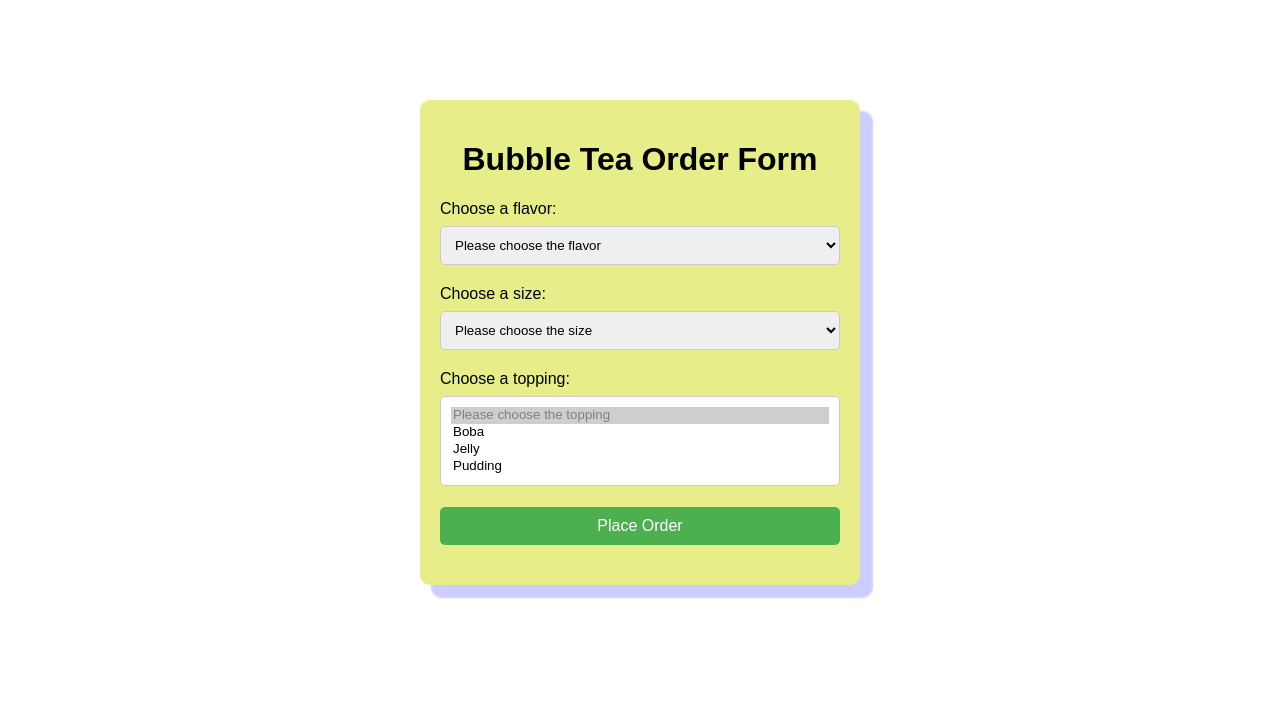
Repository: liulian26/CS5610
Page: lab3/index.html
These files come from the project's save history. The page is drawn as it stood at one moment and after the next save; the edit follows.
The browser window is 1280 px wide. The pictures show the whole page.

Above is the page before, as saved 2025-02-06 22:45:40.

### lab3/index.html
<!DOCTYPE html>
<html lang="en">
  <head>
    <meta charset="utf-8" />
    <title>Bubble Tea ordering system</title>
    <link rel="stylesheet" href="css/styles.css" />
    <script defer src="js/scripts.js"></script>
  </head>

  <body>
    <main>
      <form id="bubbleTeaForm">
        <h1>Bubble Tea Order Form</h1>

        <!--- choose a flavor -->
        <label for="flavorSelect">Choose a flavor:</label>
        <select id="flavorSelect">
          <option value="" disabled selected>Please choose the flavor</option>
          <option value="original">Original</option>
          <option value="mango">Mango</option>
          <option value="strawberry">Strawberry</option>
        </select>

        <!--- choose a size -->
        <label for="sizeSelect">Choose a size:</label>
        <select id = "sizeSelect">
        <option value="" disabled selected>Please choose the size</option>
          <option value="small">Small</option>
          <option value="medium">Medium</option>
          <option value="large">Large</option>
        </select>

        <!--- choose a topping -->
        <label for="toppingSelect">Choose a topping:</label>
        <select id="toppingSelect" multiple>
            <option value="" disabled selected>Please choose the topping</option>
            <option value="boba">Boba</option>
            <option value="jelly">Jelly</option>
            <option value="pudding">Pudding</option>
        </select>

        <!-- submit the order-->
        <button type="Place Order" id = "orderButton">Place Order</button>

      </form>
    </main>
  </body>
</html>

### lab3/css/styles.css
body{
    background-color: white;
    font-family: Arial, sans-serif;
    text-align: center;
}

form{
    background-color: #e6ed89;
    max-width: 400px;
    border-radius: 10px;
    box-shadow: 12px 12px 2px 1px rgba(0, 0, 255, .2);
    padding: 20px;
    margin: 100px auto;
}

label{
    display: block;
    margin-bottom: 8px;
    text-align: left;
}

select, button {
    width: 100%;
    padding: 10px;
    margin-bottom: 20px;
    border-radius: 5px;
    border: 1px solid #ccc;
}

button{
    background-color: #4CAF50;
    color: white;
    border: none;
    cursor: pointer;
    font-size: 16px;
}

button:hover{
    background-color: #45a049;
}

select[mutiple]{
    height: 100px;
    padding: 5px;
}

select:hover,
select:focus{
    border-color: #333;
}

### lab3/js/scripts.js
// prices
const prices = {
    flavor: {
        original: 2.5,
        mango: 3.0,
        strawberry: 3.5
    },
    size: {
        small: 1.0,
        medium: 1.5,
        large: 2.0
    },
    topping: {
        boba: 0.5,
        jelly: 0.75,
        pudding: 1.0
    }
};

// function calculatePrice that will receive flavor, size, and an array with all the selected
function calculatePrice(flavor, size, toppings) {
    // calculate the price of the order
    // return the total price
    let totalPrice = 0;
    flavorPrice = prices.flavor[flavor];
    sizePrice = prices.size[size];
    toppingsPrice = toppings.reduce((total, topping) => total + prices.topping[topping], 0);
    totalPrice = sizePrice * (flavorPrice + toppingsPrice);
    return totalPrice;
}


// function display order summary that will receive an order object as argument
function displayOrderSummary(order) {
    // example order object:
    //{falvor:"mango", size:"medium", toppings:["boba","jelly"], totalPrice: 5.63 }
    const {flavor, size, toppings} = order;

    const totalPrice = calculatePrice(flavor, size, toppings);
    const toppingsList = toppings.length > 0 ? toppings.join(", ") : "no toppings";

    // display the order summary
    console.log(`You have ordered a ${size} ${flavor} bubble tea with these toppings: ${toppingsList}`);
    console.log(`Total Price: $${totalPrice.toFixed(2)}`);

}


// placeOrder that will receive flavor, size, and an array with all the selected
// toppings (if any) and call displayOrderSummary function with an order object
// as argument.
function placeOrder(flavor, size, toppings) {
    let finalPrice = calculatePrice(flavor, size, toppings);
    let order = {flavor: flavor, size: size, toppings: toppings, finalPrice: finalPrice};
    displayOrderSummary(order)
}


// Test the functions
placeOrder("mango", "medium", ["boba", "jelly"]);
placeOrder("original", "small", []);
placeOrder("strawberry", "large", ["pudding"]);

After the next save:
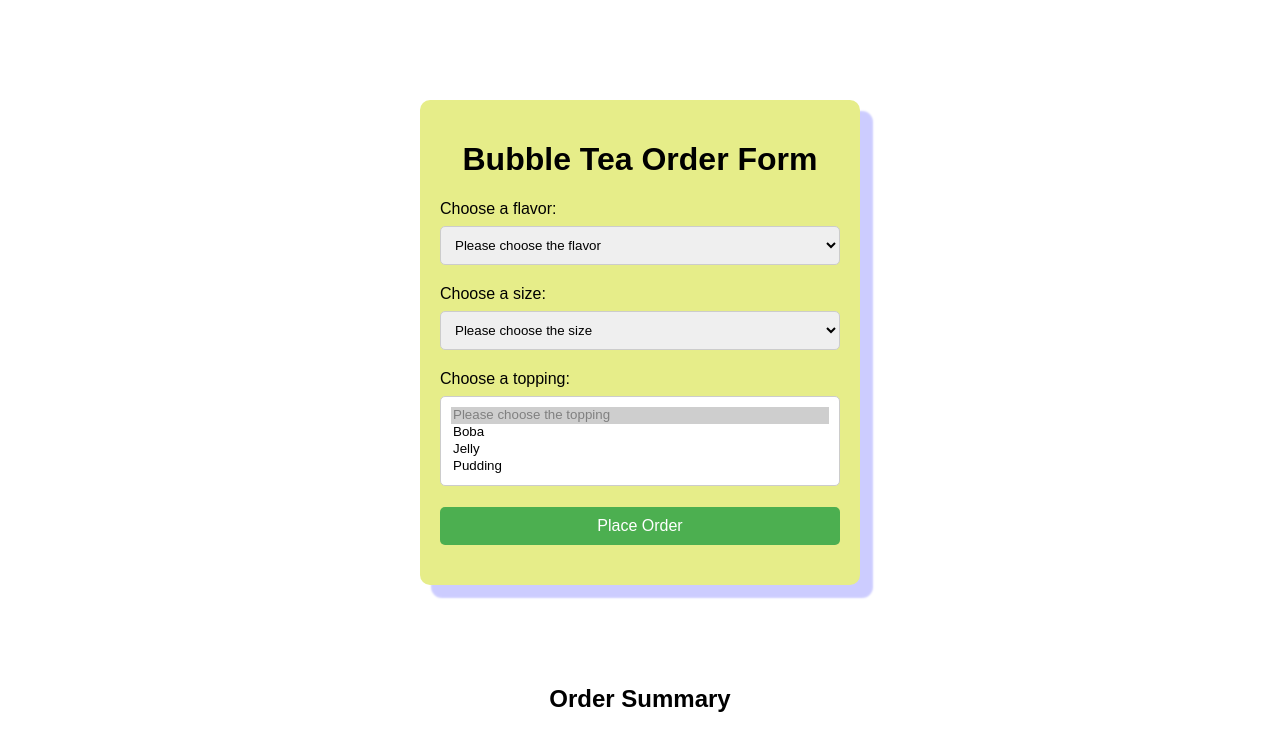
Saved 2 min 16 s later.
--- a/lab3/index.html
+++ b/lab3/index.html
@@ -41,8 +41,15 @@
 
         <!-- submit the order-->
         <button type="Place Order" id = "orderButton">Place Order</button>
+      </form>
 
-      </form>
+      <!--- display the order summary -->
+      <div id="orderSummary">
+        <h2>Order Summary</h2>
+        <p id="flavorSummary"></p>
+        <p id="sizeSummary"></p>
+        <p id="toppingSummary"></p>
+      </div>
     </main>
   </body>
 </html>
